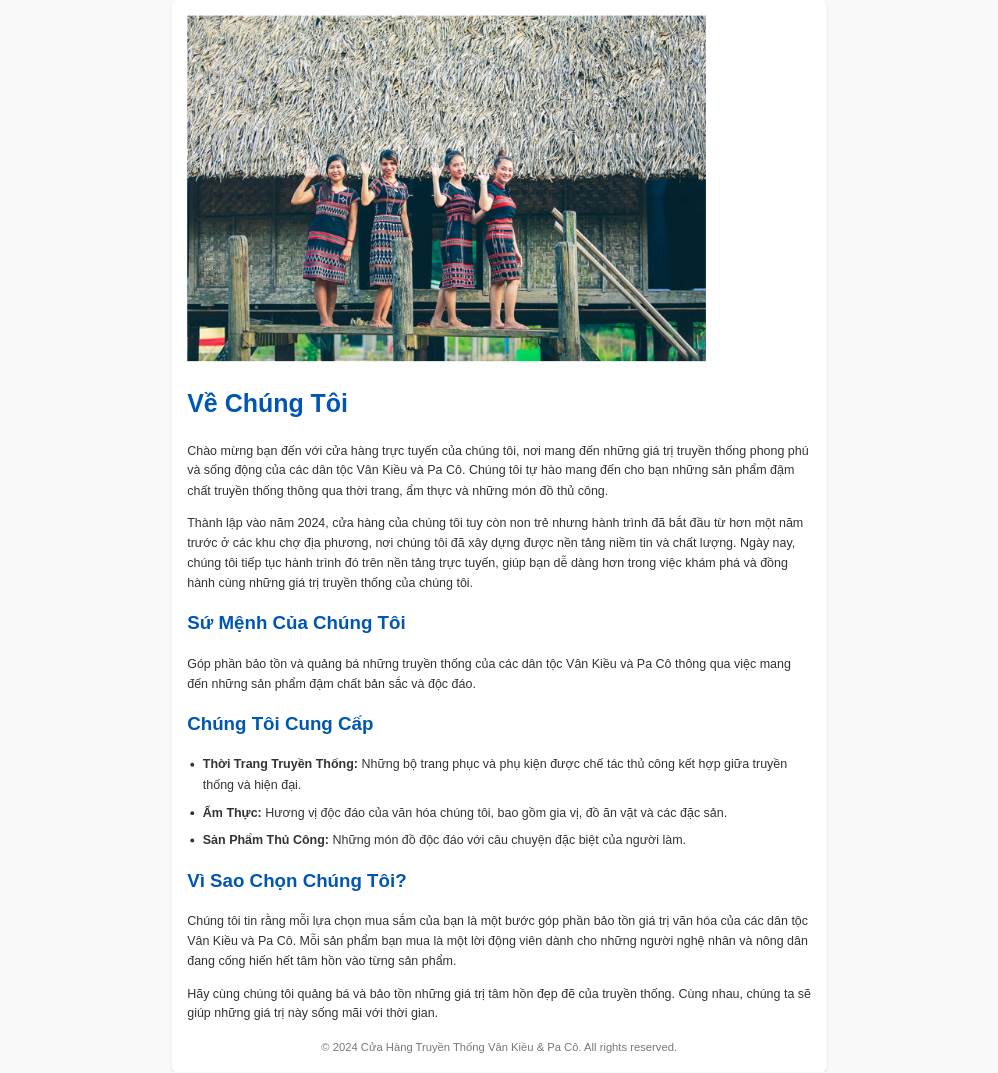
Repository: DangVai/LocalProduct
Page: http://localhost/LocalProduct/Views/frontend/aboutus.php
The author's editor kept a copy of each file at every save. The page is drawn from the files as they stood at one save, then again after the next save.
The browser window is 1280 px wide. The pictures show the whole page, at 78% of full size.
The page is run by PHP 8.4 with error messages shown; the project is at /var/www/html/.

Above is the page before, as saved 2024-12-31 08:57:43.

After the next save:
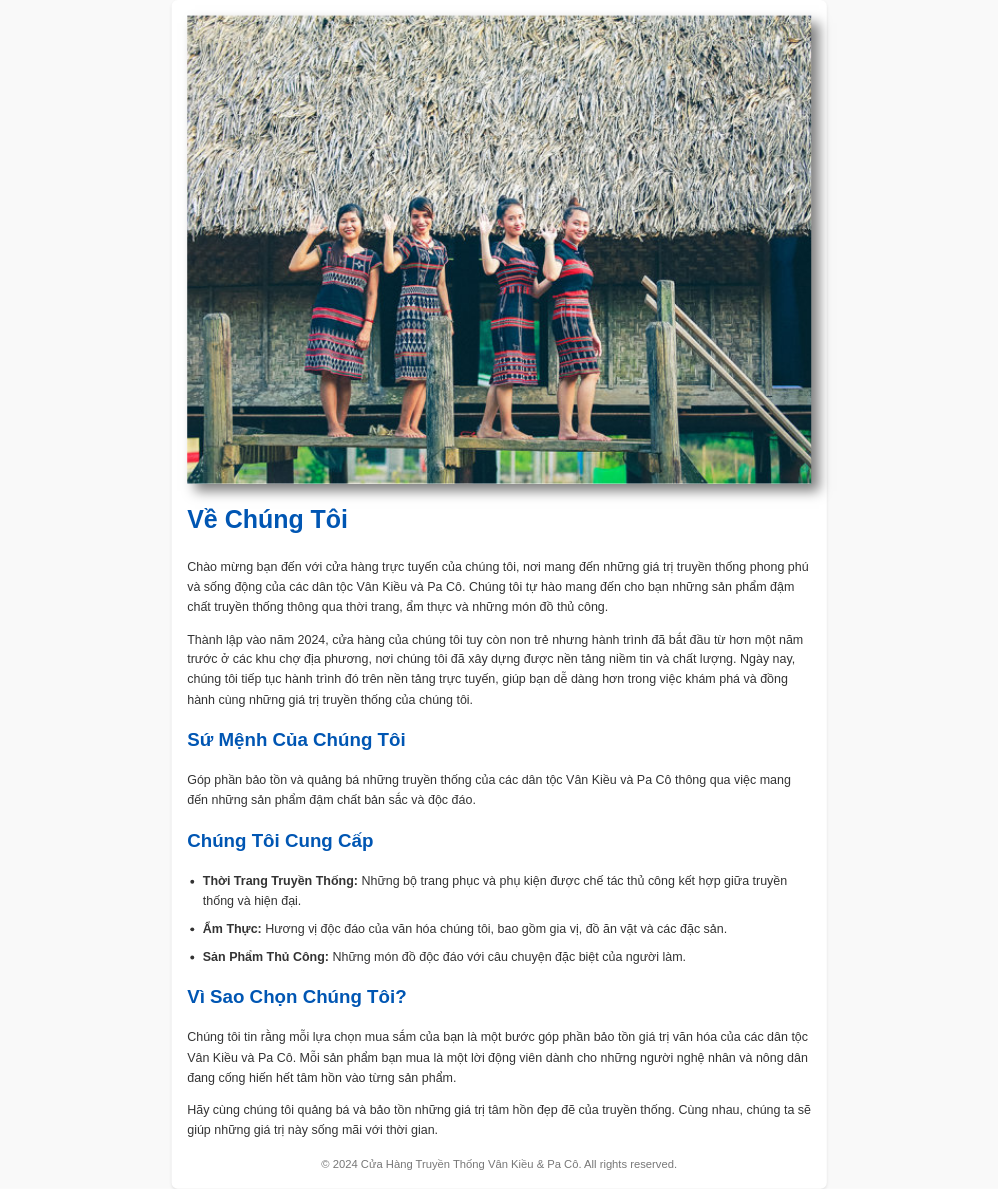
Saved 60 s later.
--- a/public/css/aboutus.css
+++ b/public/css/aboutus.css
@@ -14,6 +14,22 @@
       background: #fff;
       box-shadow: 0 2px 4px rgba(0, 0, 0, 0.1);
       border-radius: 8px;
+  }
+
+  .banner {
+      position: relative;
+      width: 100%;
+      height: 600px;
+      display: flex;
+      justify-content: center;
+      align-items: center;
+  }
+
+  .banner img {
+      width: 100%;
+      height: 100%;
+      object-fit: cover;
+      box-shadow: 10px 10px 15px rgba(0, 0, 0, 0.5);
   }
 
   h1,
